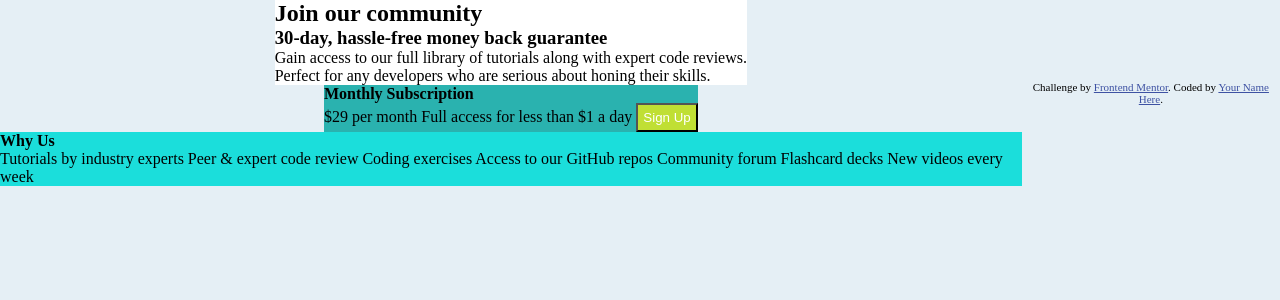
Repository: jminervino/PriceGridComponent
Page: index.html
The author's editor kept a copy of each file at every save. The page is drawn from the files as they stood at one save, then again after the next save.
The browser window is 1280 px wide. The pictures show the whole page.

Above is the page before, as saved 2022-02-05 23:00:04.

### index.html
<!DOCTYPE html>
<html lang="en">
<head>
  <meta charset="UTF-8">
  <meta name="viewport" content="width=device-width, initial-scale=1.0"> <!-- displays site properly based on user's device -->

  <link rel="icon" type="image/png" sizes="32x32" href="./images/favicon-32x32.png">
  <link rel="stylesheet" href="style.css">

  <title>Frontend Mentor | Single Price Grid Component</title>

  <!-- Feel free to remove these styles or customise in your own stylesheet 👍 -->
  <style>
    .attribution { font-size: 11px; text-align: center; }
    .attribution a { color: hsl(228, 45%, 44%); }
  </style>
</head>
<body>
    <div class="container">
        <div class="box-one">
            <h2>Join our community</h2>

            <h3>30-day, hassle-free money back guarantee</h3>

            <p>
                Gain access to our full library of tutorials along with expert code reviews. <br>
                Perfect for any developers who are serious about honing their skills.
            </p>
        </div>
        <div class="box-second">
            <h4>Monthly Subscription</h4>

            &dollar;29 per month

            Full access for less than &dollar;1 a day

            <button>Sign Up</button>
        </div>
        <div class="box-three">
            <h4>Why Us</h4>
            <p>
                Tutorials by industry experts
                Peer &amp; expert code review
                Coding exercises
                Access to our GitHub repos
                Community forum
                Flashcard decks
                New videos every week
            </p>

        </div>
    </div>
  <footer>
    <p class="attribution">
      Challenge by <a href="https://www.frontendmentor.io?ref=challenge" target="_blank">Frontend Mentor</a>.
      Coded by <a href="#">Your Name Here</a>.
    </p>
  </footer>
</body>
</html>

### style.css
@import url('https://fonts.googleapis.com/css2?family=Karla:ital,wght@0,200;1,200&family=Open+Sans+Condensed:wght@300&family=Quicksand:wght@300;400;500;600;700&display=swap');

* {
    margin: 0;
    padding: 0;
}

body {
    background-color: hsl(204, 43%, 93%);
    display: flex;
    align-items: center;
    justify-content: center;
}

button {
    background-color: hsl(71, 73%, 54%);
    color: white;
    padding: 5px;
}

.container {
    display: flex;
    align-items: center;
    justify-content: center;
    flex-direction: column;
}

.box-one {
    background-color: white;
}

.box-second {
    background-color: hsl(179, 62%, 43%);
}

.box-three {
    background-color: hsl(179, 78%, 49%);
}

After the next save:
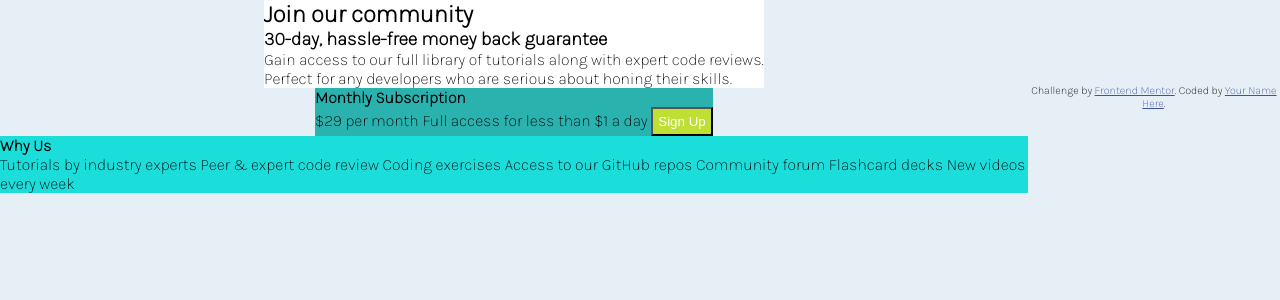
Saved 26 s later.
--- a/style.css
+++ b/style.css
@@ -6,6 +6,7 @@
 }
 
 body {
+    font-family: "Karla", sans-serif;
     background-color: hsl(204, 43%, 93%);
     display: flex;
     align-items: center;
